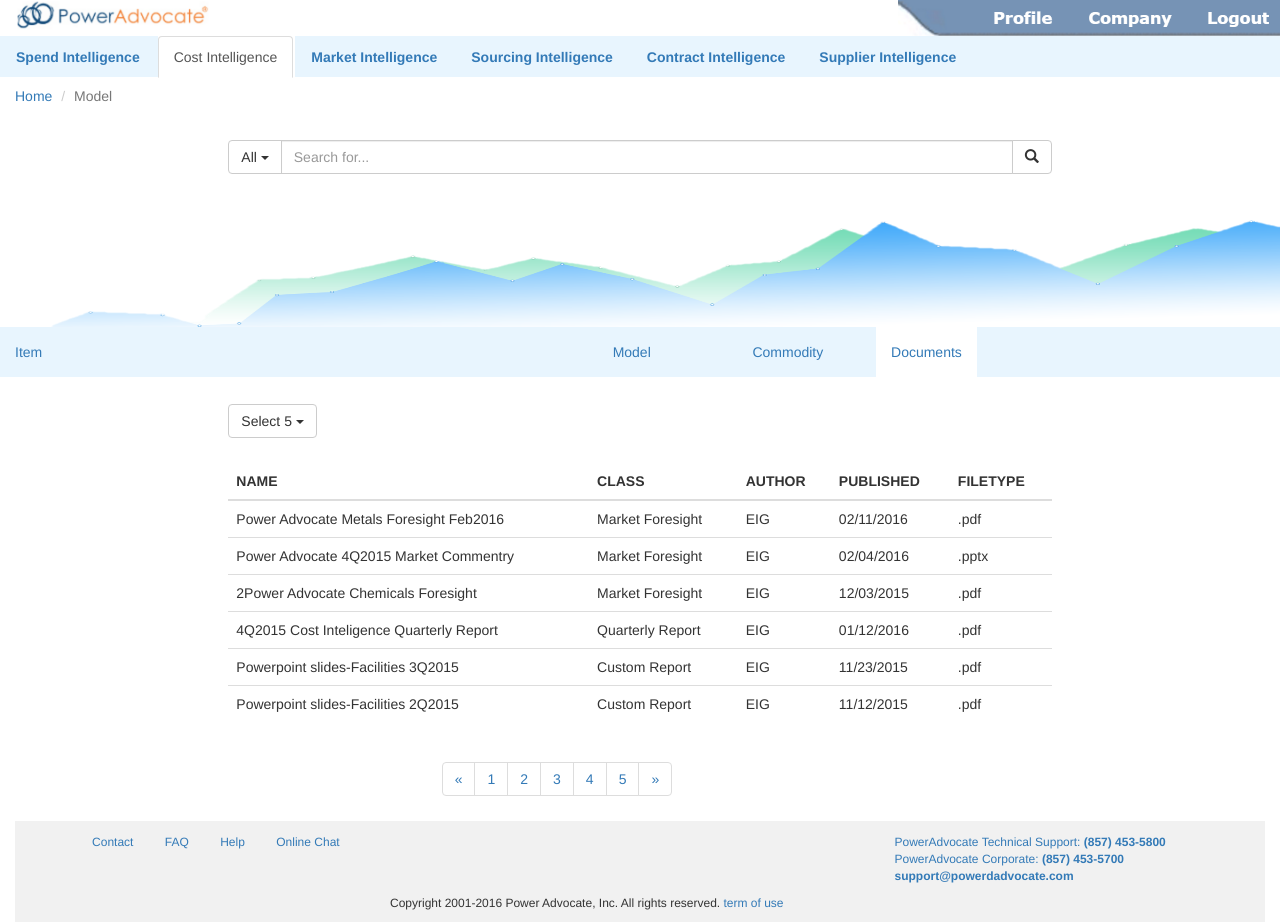
Repository: SamiraMansouri/PowerAdvocate-CostIntelligence-Application-new-Design-using-UserExperience-Method-
Page: http://localhost/PowerAdvocate/WEB-INF/views/Documents.jsp
These files come from the project's save history. The page is drawn as it stood at one moment and after the next save; the edit follows.
The browser window is 1280 px wide. The pictures show the whole page.
The page is served by Tomcat 9. Nobody is signed in. The template is opened directly, without the code that normally fills it, so the values that code supplies are empty.

Above is the page before, as saved 2016-04-25 05:54:15.

After the next save:
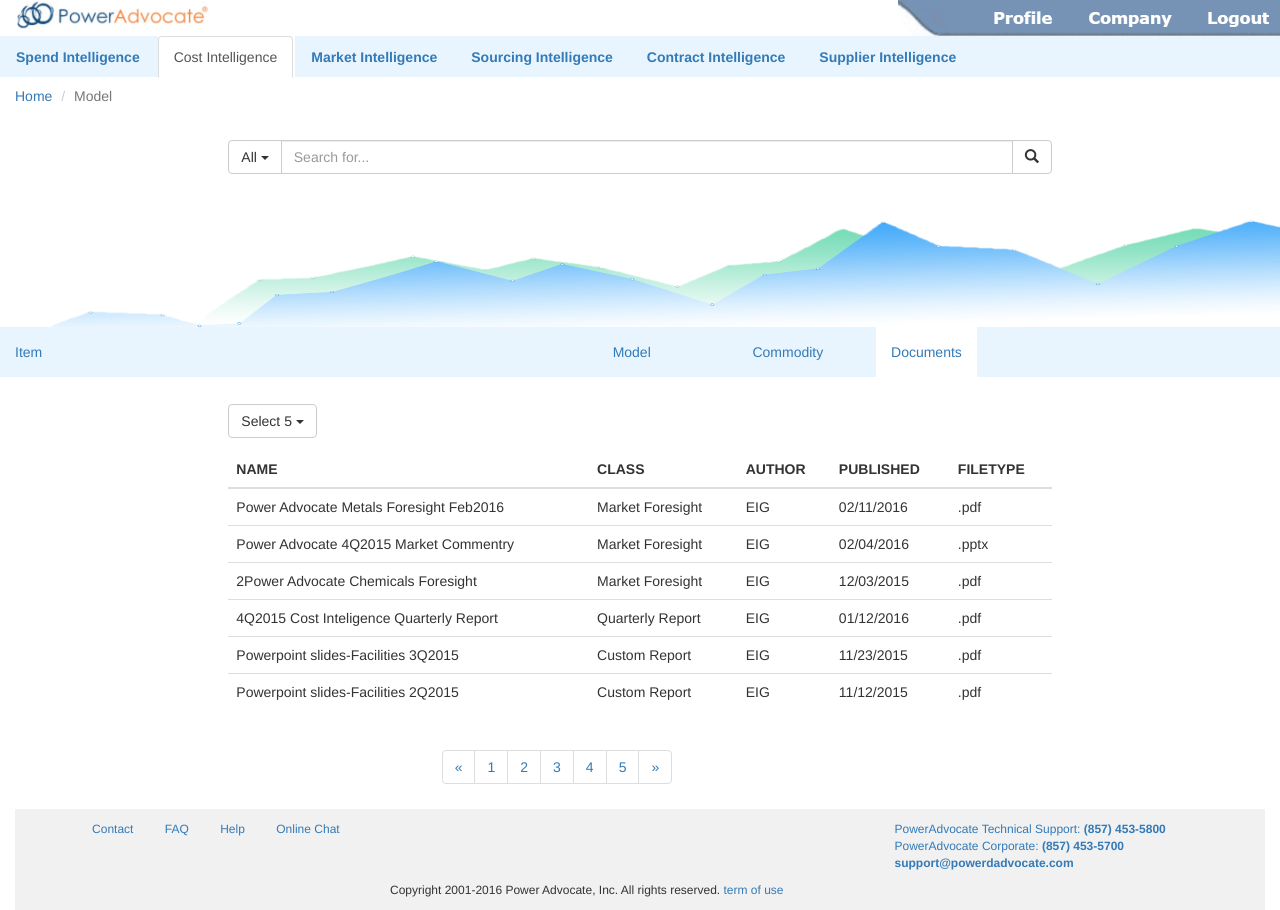
Saved 12 s later.
--- a/PowerAdvocate-Prototype/PowerAdvocate/src/main/webapp/WEB-INF/views/Documents.jsp
+++ b/PowerAdvocate-Prototype/PowerAdvocate/src/main/webapp/WEB-INF/views/Documents.jsp
@@ -238,7 +238,7 @@
     	</div>
     </div>
 
-    <div class="row" style="margin-top:2%;">
+    <div class="row" style="margin-top:1%;">
     	<div class="col-sm-2"></div>
     	<div class="col-sm-8">
     		<table class="table table-hover">
